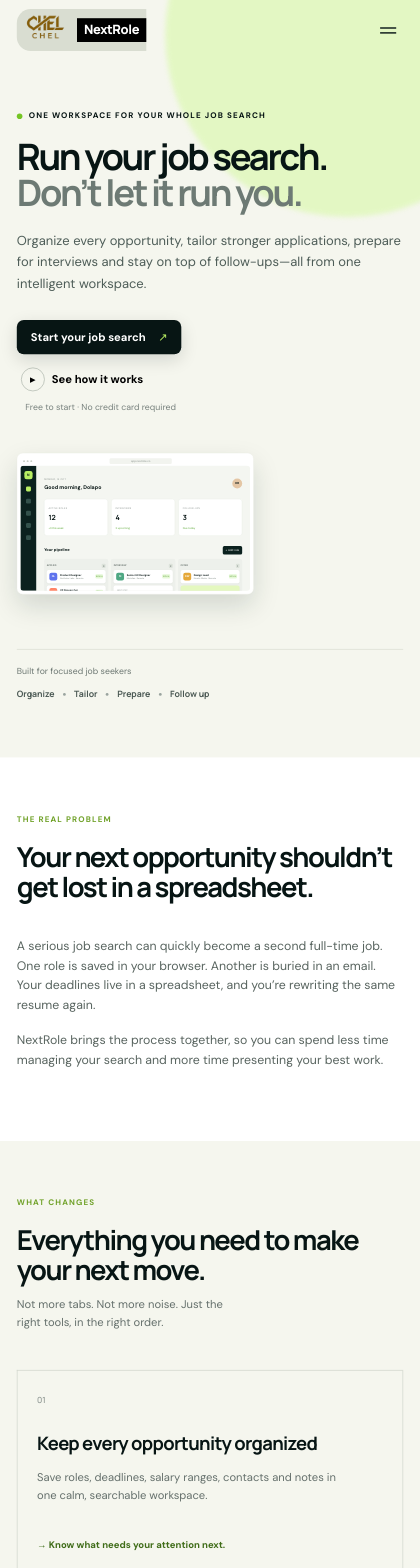
Repository: Lovethrech/NextRole-Nuxt-Portfolio
Page: /
These files come from the project's save history. The page is drawn as it stood at one moment and after the next save; the edit follows.
The browser window is 600 px wide. The pictures show the part of the page from y = 0 to 2240 px (the page is 6699 px tall before and 6767 px after), at 70% of full size.
The project was rebuilt for these pictures with package versions that can differ from the ones it lists, and the page was loaded fresh each time. The framework's server and built-in components were replaced by stand-ins that run in the browser. Also part of the build but not shown: nuxt.config.js.

Above is the page before, as saved 2026-09-12 17:22:23.

After the next save:
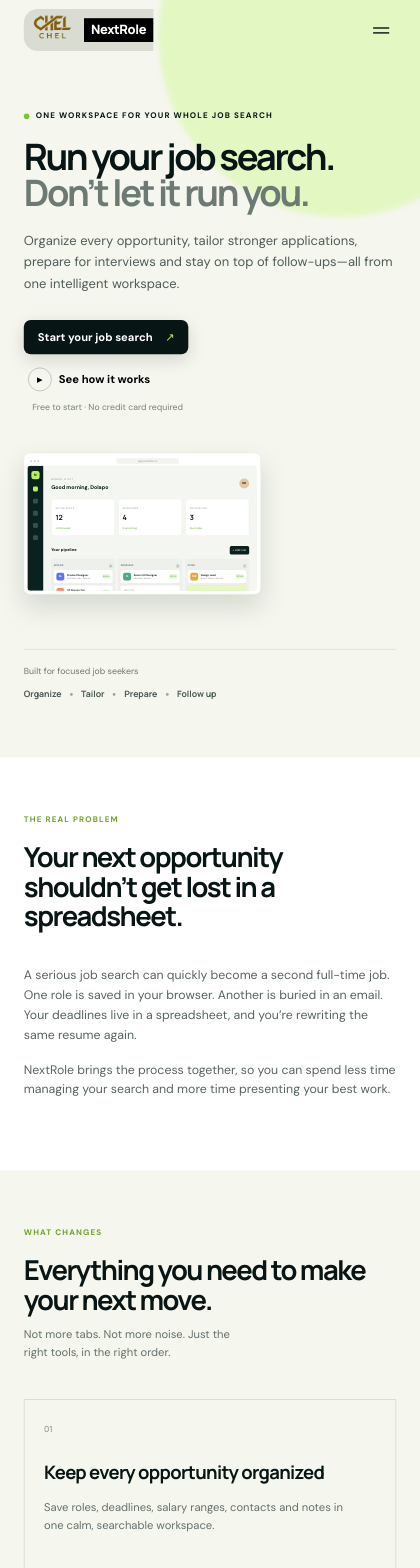
Saved 28 s later.
--- a/assets/css/main.css
+++ b/assets/css/main.css
@@ -606,7 +606,7 @@
 }
 
 @media(max-width:750px){
-    .container{width:min(100% - 48px,1180px);
+    .container{width:min(100% - 68px,1180px);
     }
     .hero h1{font-size:3.25rem;
     }
